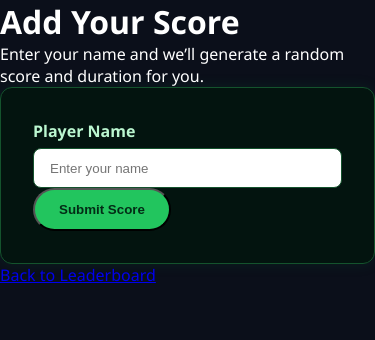
Repository: rawanwehbe6/solitaire-webapp
Page: solitaire-frontend/add-score.html
These files come from the project's save history. The page is drawn as it stood at one moment and after the next save; the edit follows.
The browser window is 375 px wide. The pictures show the whole page.

Above is the page before, as saved 2025-11-05 21:39:57.

After the next save:
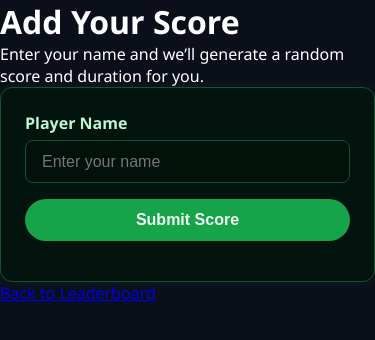
Saved 38 s later.
--- a/solitaire-frontend/style.css
+++ b/solitaire-frontend/style.css
@@ -305,6 +305,7 @@
   line-height: 1.6;
 }
 
+/* Form card */
 #add-score-form {
   background: rgba(3, 22, 14, 0.9);
   padding: 2rem;
@@ -328,3 +329,66 @@
   padding: 0.7rem 1rem;
   border-radius: 8px;
   border: 1px solid #14532d;
+  background: #02120a;
+  color: #e8f5e9;
+  font-size: 1rem;
+  margin-bottom: 1rem;
+  transition: border-color 0.3s ease;
+}
+
+#add-score-form input[type="text"]:focus {
+  outline: none;
+  border-color: #16a34a;
+  box-shadow: 0 0 5px rgba(22, 163, 74, 0.4);
+}
+
+#add-score-form button {
+  width: 100%;
+  background: #16a34a;
+  color: #f0fdf4;
+  border: none;
+  border-radius: 999px;
+  padding: 0.75rem;
+  font-size: 1rem;
+  font-weight: 600;
+  cursor: pointer;
+  transition: background 0.3s ease, transform 0.2s ease;
+}
+
+#add-score-form button:hover {
+  background: #22c55e;
+  transform: translateY(-2px);
+}
+
+#add-score-message {
+  text-align: center;
+  margin-top: 1rem;
+  color: #a7f3d0;
+}
+
+/* Back link */
+.add-score-page .link {
+  color: #22c55e;
+  text-decoration: none;
+  margin-top: 1.5rem;
+  display: inline-block;
+  font-weight: 600;
+  transition: color 0.3s ease;
+}
+
+.add-score-page .link:hover {
+  color: #86efac;
+}
+
+/* Responsive */
+@media (max-width: 600px) {
+  #add-score-form {
+    padding: 1.5rem;
+  }
+  .add-score-page h1 {
+    font-size: 1.8rem;
+  }
+  .add-score-page p {
+    font-size: 0.95rem;
+  }
+}
